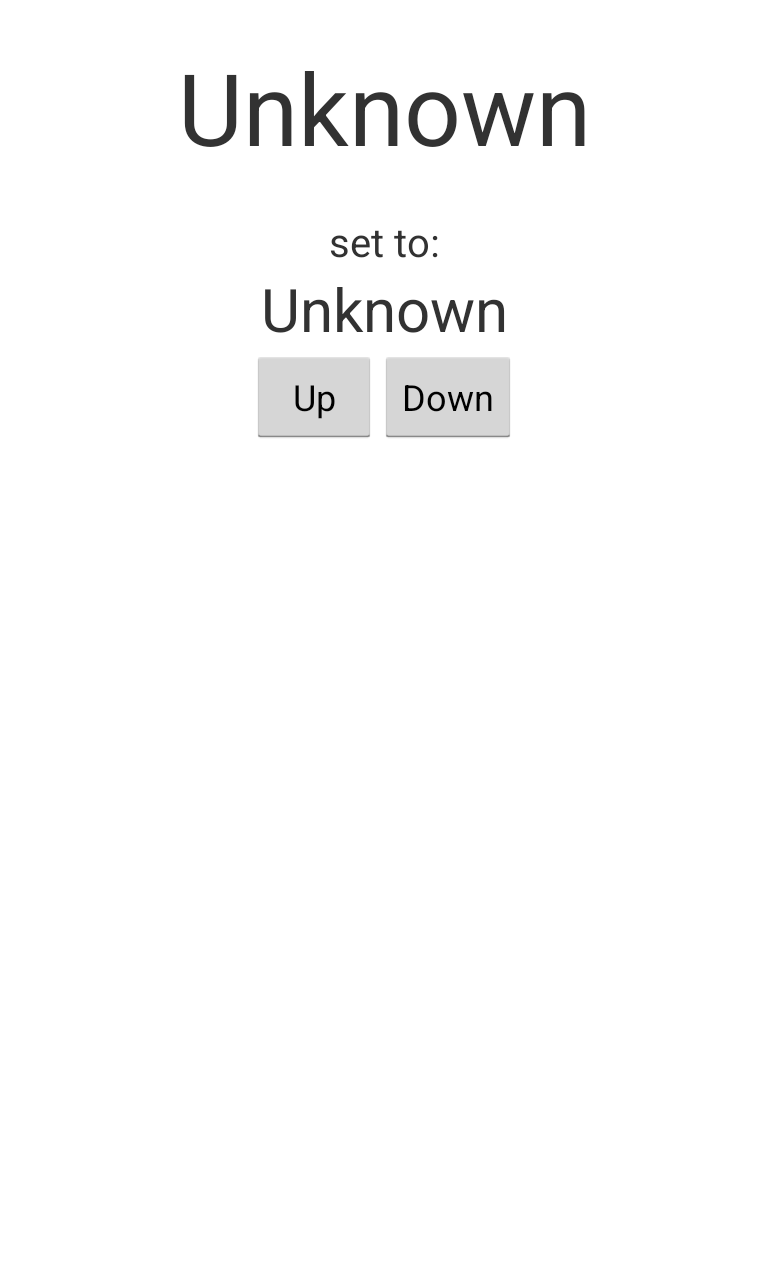
Repository: finerrecliner/SmartVent
Layout: SmartVent/res/layout/activity_room.xml
An editor plug-in stored every save of this project. The layout is shown before and after the next save, followed by the edit.
It is drawn on a 768 x 1280 px phone screen (xhdpi) without system bars, with theme AppTheme; the app's code is not run.

Above is the layout before, as saved 2013-11-03 16:36:02.

### SmartVent/res/layout/activity_room.xml
<LinearLayout xmlns:android="http://schemas.android.com/apk/res/android"
    xmlns:tools="http://schemas.android.com/tools"
    android:layout_width="match_parent"
    android:layout_height="match_parent"
    android:gravity="fill_vertical"
    android:orientation="vertical"
    tools:context=".RoomActivity" >

    <TextView
        android:id="@+id/current_temp_val"
        android:layout_width="fill_parent"
        android:layout_height="wrap_content"
        android:gravity="center"
        android:paddingBottom="20dp"
        android:paddingTop="20dp"
        android:text="@string/unknown"
        android:textSize="50sp" />

	<TextView
        android:id="@+id/set_temp_label"
        android:layout_width="fill_parent"
        android:layout_height="wrap_content"
        android:text="@string/set_temperature"
        android:gravity="center"
        android:textSize="20sp" />

    <TextView
        android:id="@+id/set_temp_val"
        android:layout_width="fill_parent"
        android:layout_height="wrap_content"
        android:gravity="center"
        android:text="@string/unknown"
        android:textSize="30sp" />

	<LinearLayout
        android:id="@+id/set_temp_buttons"
        android:layout_width="match_parent"
        android:layout_height="wrap_content"
        android:gravity="center" >

        <Button
            android:id="@+id/set_temp_up"
            android:layout_width="wrap_content"
            android:layout_height="wrap_content"
            android:text="@string/up" />

        <Button
            android:id="@+id/set_temp_down"
            android:layout_width="wrap_content"
            android:layout_height="wrap_content"
            android:text="@string/down" />
    </LinearLayout>

</LinearLayout>

### SmartVent/res/values/strings.xml
<?xml version="1.0" encoding="utf-8"?>
<resources>

    <string name="app_name">SmartVent</string>
    <string name="menu_settings">Settings</string>
    <string name="current_temp">Current Temp:</string>
    <string name="room_label">Room:</string>
    <string name="set_temperature">set to:</string>
    <string name="unknown">Unknown</string>
    <string name="up">Up</string>
    <string name="down">Down</string>
    <string name="room">room</string>
    <string name="home_blueprint">home blueprint</string>

</resources>

Loaded but not shown: SmartVent/res/values/styles.xml (common file); SmartVent/res/values-v11/styles.xml (common file); SmartVent/res/values-v14/styles.xml (common file)

After the next save:
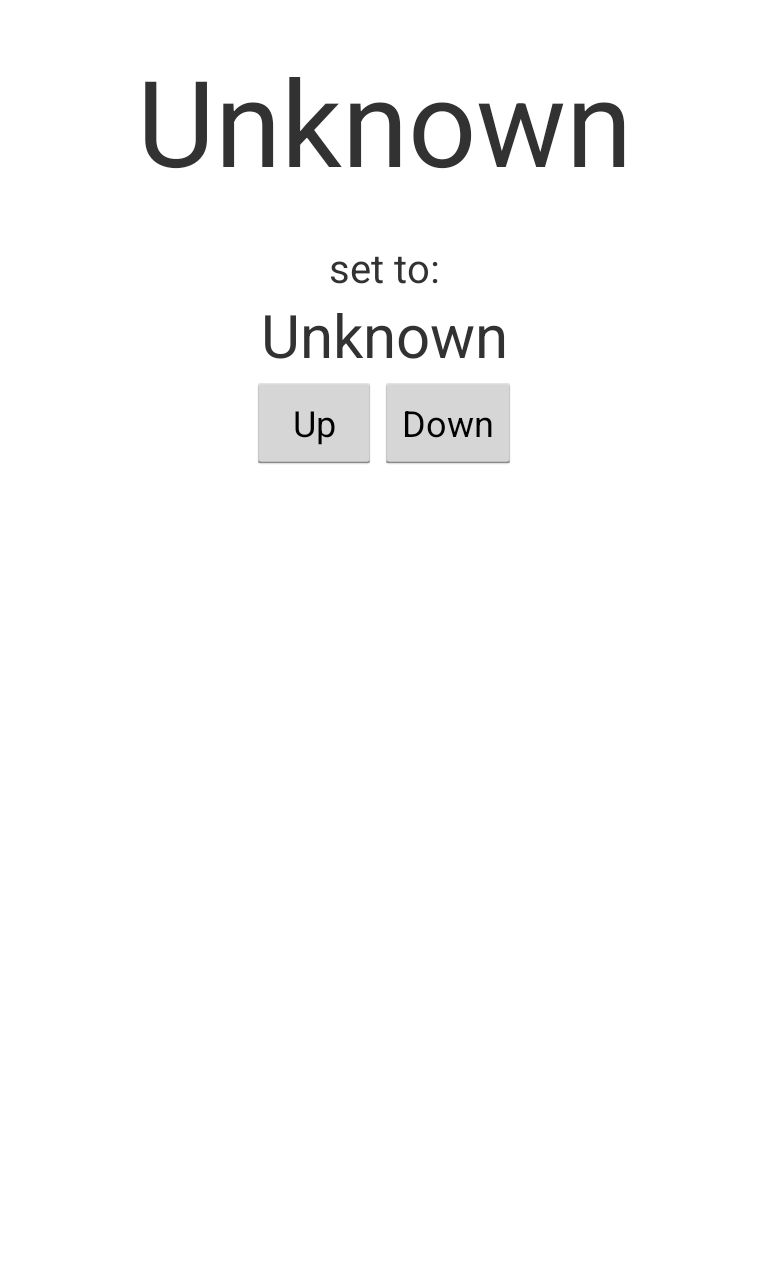
Saved 15 s later.
--- a/SmartVent/res/layout/activity_room.xml
+++ b/SmartVent/res/layout/activity_room.xml
@@ -14,7 +14,7 @@
         android:paddingBottom="20dp"
         android:paddingTop="20dp"
         android:text="@string/unknown"
-        android:textSize="50sp" />
+        android:textSize="60sp" />
 
 	<TextView
         android:id="@+id/set_temp_label"
